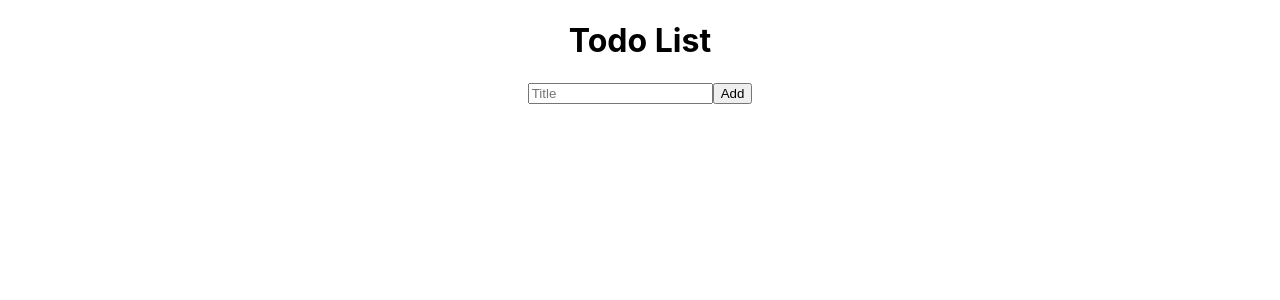
Repository: Juan-Christian-2711/todo
Page: / (app in frontend/)
The author's editor kept a copy of each file at every save. The page is drawn from the files as they stood at one save, then again after a run of saves.
The browser window is 1280 px wide. The pictures show the whole page.
The project was rebuilt for these pictures with package versions that can differ from the ones it lists, and the page was loaded fresh each time.

Above is the page before, as saved 2024-03-29 14:45:59.

### frontend/src/App.js
import React, { useState } from 'react';
import './App.css';

function App() {
  const [todos, setTodos] = useState([]);
  const [inputValue, setInputValue] = useState('');

  const handleChange = (e) => {
    setInputValue(e.target.value);
  };

  const handleSubmit = (e) => {
    e.preventDefault();
    if (inputValue.trim() !== '') {
      setTodos([...todos, inputValue]);
      setInputValue('');
    }
  };

  const handleDelete = (index) => {
    setTodos(todos.filter((_, i) => i !== index));
  };

  return (
    <div className="App">
      <h1>Todo List</h1>
      <form onSubmit={handleSubmit}>
        <input
          type="text"
          placeholder="Title"
          value={inputValue}
          onChange={handleChange}
        />
        <button type="submit">Add</button>
      </form>
      <ul>
        {todos.map((todo, index) => (
          <li key={index}>
            {todo}
            <button onClick={() => handleDelete(index)}>complete</button>
          </li>
        ))}
      </ul>
    </div>
  );
}

export default App;

### frontend/src/App.css
.App {
  text-align: center;
}

.App-logo {
  height: 40vmin;
  pointer-events: none;
}

@media (prefers-reduced-motion: no-preference) {
  .App-logo {
    animation: App-logo-spin infinite 20s linear;
  }
}

.App-header {
  background-color: #282c34;
  min-height: 100vh;
  display: flex;
  flex-direction: column;
  align-items: center;
  justify-content: center;
  font-size: calc(10px + 2vmin);
  color: white;
}

.App-link {
  color: #61dafb;
}

@keyframes App-logo-spin {
  from {
    transform: rotate(0deg);
  }
  to {
    transform: rotate(360deg);
  }
}

.App ul {
  list-style-type: none;
}

Loaded but not shown: frontend/public/index.html (common file); frontend/src/index.js (common file); frontend/src/index.css (common file); frontend/src/reportWebVitals.js (common file)

After the next 2 saves:
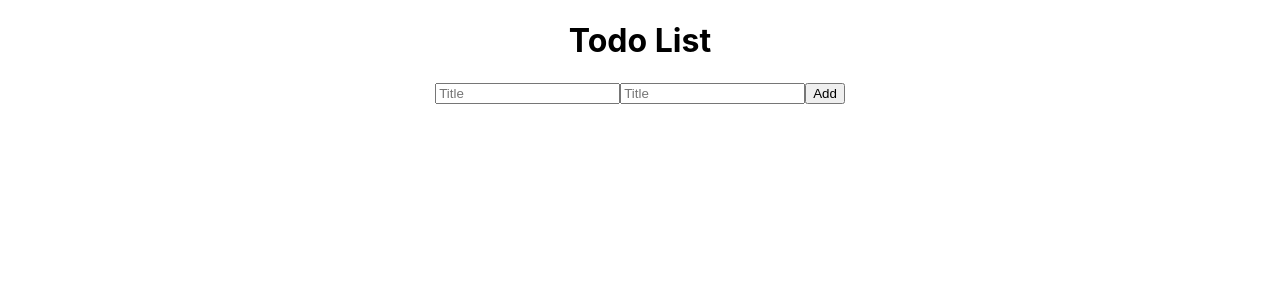
The 2 saves are shown as one change because they came seconds apart.
The last was saved 12 s later.
--- a/frontend/src/App.js
+++ b/frontend/src/App.js
@@ -31,6 +31,12 @@ function App() {
           value={inputValue}
           onChange={handleChange}
         />
+        <input
+          type="text"
+          placeholder="Title"
+          value={inputValue}
+          onChange={handleChange}
+        />
         <button type="submit">Add</button>
       </form>
       <ul>
